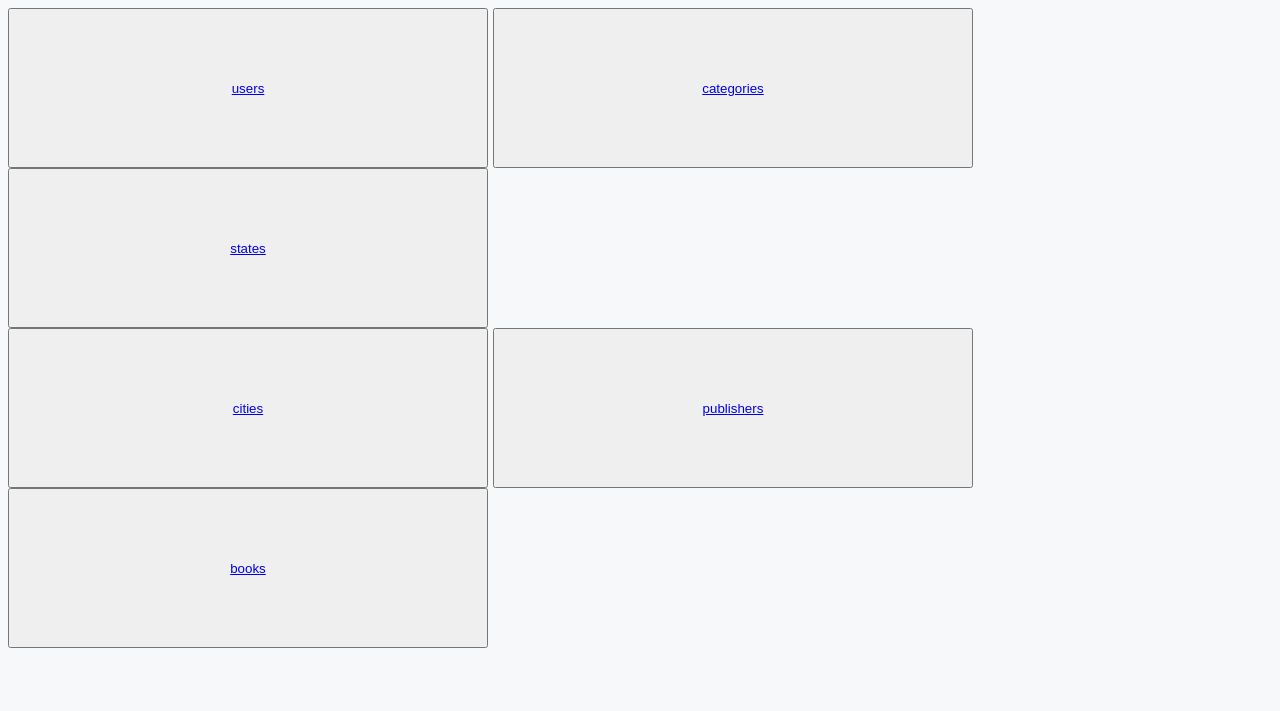
Repository: fontanive12/Biblioteca
Page: front/paginaInicial.html
An editor plug-in stored every save of this project. The page is shown before and after the next save, followed by the edit.
The browser window is 1280 px wide. The pictures show the whole page.

Above is the page before, as saved 2022-09-05 17:13:16.

### front/paginaInicial.html
<!DOCTYPE html>
<html lang="en">

<head>
    <meta charset="UTF-8">
    <meta http-equiv="X-UA-Compatible" content="IE=edge">
    <meta name="viewport" content="width=device-width, initial-scale=1.0">
    <link rel="stylesheet" href="styles.css">

    <title>Initial page</title>
</head>

<body>
    <div class="containerButtons">
        <button class="buttonMenu"><a href="users.html" class="users">users</a></button>
        <button class="buttonMenu"><a href="categories.html" class="categories">categories</a></button>
        <button class="buttonMenu"><a href="states.html" class="states">states</a></button>
    </div>
    <div class="containerButtons">
        <button class="buttonMenu"><a href="cities.html" class="states">cities</a></button>
        <button class="buttonMenu"><a href="publishers.html" class="states">publishers</a></button>
        <button class="buttonMenu"><a href="books.html" class="states">books</a></button>
    </div>
</body>

</html>

### front/styles.css

.bg-mynav {
    background-color: #49baef;
  }

  body {
    font-size: 1.25rem;
    background-color: #f6f8fa;
  }

  td {
    line-height: 3rem;
  }

.containerButtons {
  max-width: 100rem;
}

  .buttonMenu {
    width: 30rem;
    height: 10rem;

  }

After the next save:
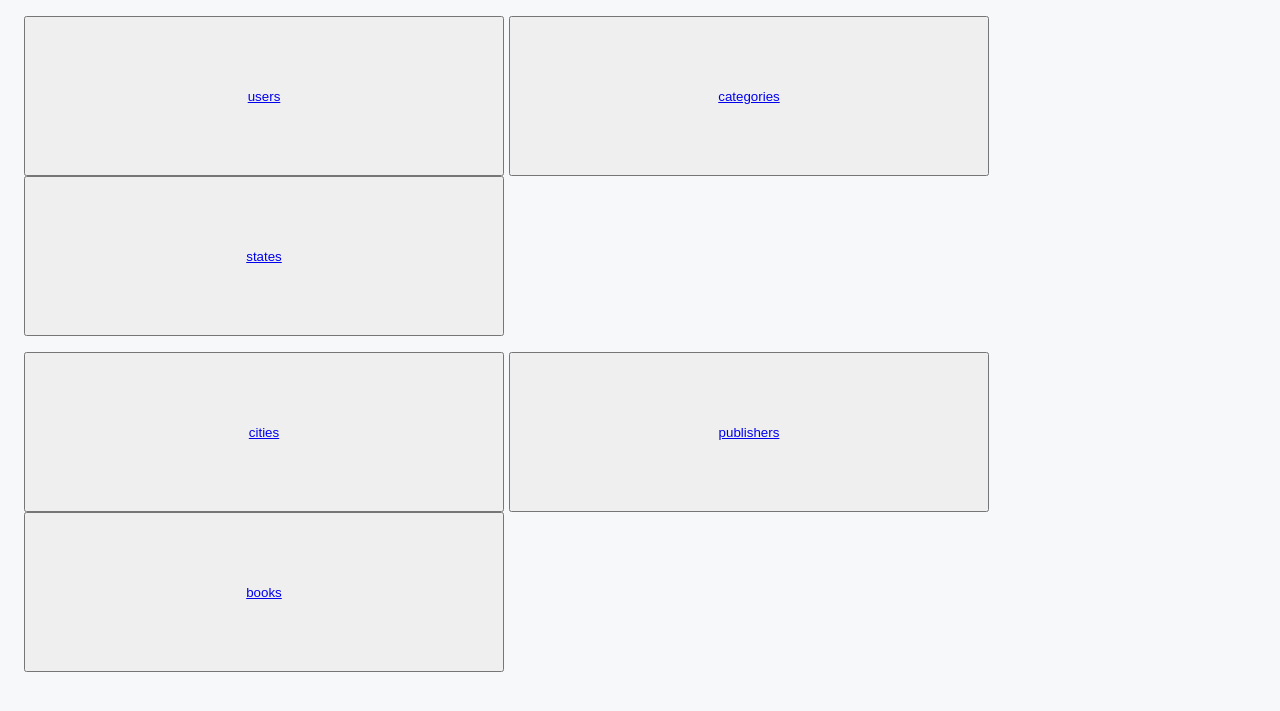
Saved 41 s later.
--- a/front/styles.css
+++ b/front/styles.css
@@ -1,23 +1,23 @@
+.bg-mynav {
+  background-color: #49baef;
+}
 
-.bg-mynav {
-    background-color: #49baef;
-  }
+body {
+  font-size: 1.25rem;
+  background-color: #f6f8fa;
+}
 
-  body {
-    font-size: 1.25rem;
-    background-color: #f6f8fa;
-  }
-
-  td {
-    line-height: 3rem;
-  }
+td {
+  line-height: 3rem;
+}
 
 .containerButtons {
   max-width: 100rem;
+  margin: 1rem;
 }
 
-  .buttonMenu {
-    width: 30rem;
-    height: 10rem;
+.buttonMenu {
+  width: 30rem;
+  height: 10rem;
 
-  }
+}
